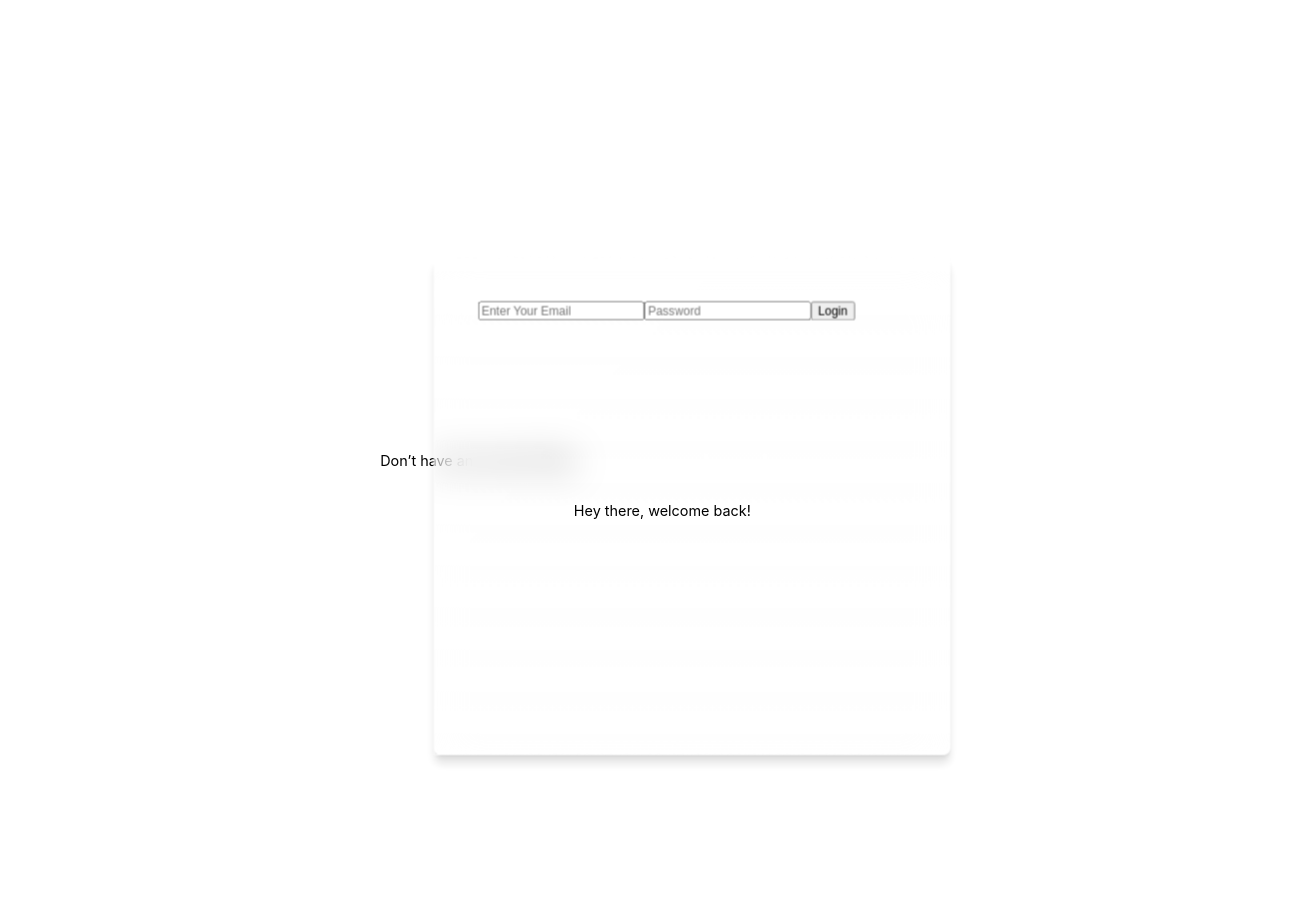
Repository: AfifaNoor/Admin_Panel-React-
Page: /
These files come from the project's save history. The page is drawn as it stood at one moment and after the next save; the edit follows.
The browser window is 1280 px wide. The page is 1440 px wide, so the pictures cover 1440 px, including what lies to the right of the window. The pictures show the whole page, at 90% of full size.
The project was rebuilt for these pictures with package versions that can differ from the ones it lists, and the page was loaded fresh each time. Also part of the build but not shown: src/SignUp.jsx.

Above is the page before, as saved 2025-07-10 14:55:31.

### src/App.js
import React from 'react'
import LoginPage from './LoginPage'
import { RouterProvider } from 'react-router-dom'
import Router from './Router'

const App = () => {
  return (
    <>
      {/* <RouterProvider router={Router}/> */}
      <LoginPage/>
    </>


  )
}

export default App

### src/LoginPage.jsx
import React, { useState } from 'react'
// import {Navigate, useNavigate} from 'react-router-dom';
import "./LoginPage.css"
import { ToastContainer, toast } from 'react-toastify';
import 'react-toastify/dist/ReactToastify.css';

const LoginPage = () => {
    const[email , setEmail]=useState('')
    const [password , setPassword] = useState('')
    // const navigate= useNavigate();

const handleSubmit =(e)=>{
    e.preventDefault();

 const hardcoreMail="login@gmail.com";
 const hardcorePassword = '1234567'

    if (email=== hardcoreMail && password === hardcorePassword){
        alert("Login Successfull")

    }else{
        alert("Invalid Credential")
    }

}



  return (
 <div className="login-container">

      <div className="signup-redirect">
        <p>
          Don’t have an account?{' '}
          {/* <span className="signup-link" onClick={() => navigate('/sign-up')}> */}
            {/* Sign Up */}
          {/* </span> */}
          <span className="signup-link" >
            Sign
          </span>
        </p>
      </div>

      <div className="title">
        <h1>Log In</h1>
        <p>Hey there, welcome back!</p>
      </div>

    <div>



    </div>

      <form className="login-form" onSubmit={handleSubmit}>
        <input
          type="email"
          className="form-input"
          value={email}
          placeholder="Enter Your Email"
          onChange={(e) => setEmail(e.target.value)}
          required
        />

        <input
          type="password"
          className="form-input"
          placeholder="Password"
          value={password}
          onChange={(e) => setPassword(e.target.value)}
          required
        />

        <button className="login-btn" type="submit">
          Login
        </button>

        {/* <ToastContainer /> */}
      </form>
    </div>
  );
}

export default LoginPage

### src/Router.jsx
import React from 'react';
import { createBrowserRouter , createRoutesFromElements , Route } from 'react-router-dom';
import LoginPage from './LoginPage';
import SignUp from './SignUp';

const Router = createBrowserRouter(
  createRoutesFromElements(
    <>

      <Route path='/sign-up' element={<SignUp/>}/>
      <Route path='login-page' element={<LoginPage/>}/>
    </>
  )
)

export default Router;

### src/LoginPage.css
.login-container {
  width: 1440px;
  height: 1024px;
  /* background: #FFFFFF; */
  opacity: 1;
  transform: rotate(0deg);
  display: flex;
  justify-content: center;
  align-items: center;
  background: linear-gradient(to bottom, rgba(255, 255, 255, 1), rgba(255, 255, 255, 1));


}

.login-form{
  width: 476px;
  height: 456px;
  position: absolute;
  top: 284.5px;
  left: 482px;
  border-radius: 8px;
  padding: 48px;
  gap: 10px;
  opacity: 1;

  z-index: 2;

  background: linear-gradient(180deg, rgba(255, 255, 255, 0) -9.58%, rgba(255, 255, 255, 0.052) 100%);
  border: 1px solid transparent;
  border-image-source: linear-gradient(93.78deg, #FFFFFF 8.04%, rgba(255, 255, 255, 0) 100%);
  border-image-slice: 1;


-webkit-backdrop-filter: blur(20px);
backdrop-filter: blur(20px);

box-shadow:
  0px 10px 10px 0px rgba(0, 0, 0, 0.10),
  0px 4px 4px 0px rgba(0, 0, 0, 0.05),
  0px 1px 0px 0px rgba(0, 0, 0, 0.05),
  inset 0px 20px 50px 0px rgba(255, 255, 255, 0.15);




}

.title h1 {
  color: #fff;
  text-align: center;
  margin-bottom: 20px;
  width: 380px;
  height: 40px;
  opacity: 1;
  font-family: 'Inter', sans-serif;


}

.title{
  z-index: 3;
  width: 380px;
  height: 72px;
  opacity: 1;
  gap: 10px;

}

Loaded but not shown: public/index.html (common file); src/index.js (common file); src/index.css (common file); src/reportWebVitals.js (common file)

After the next save:
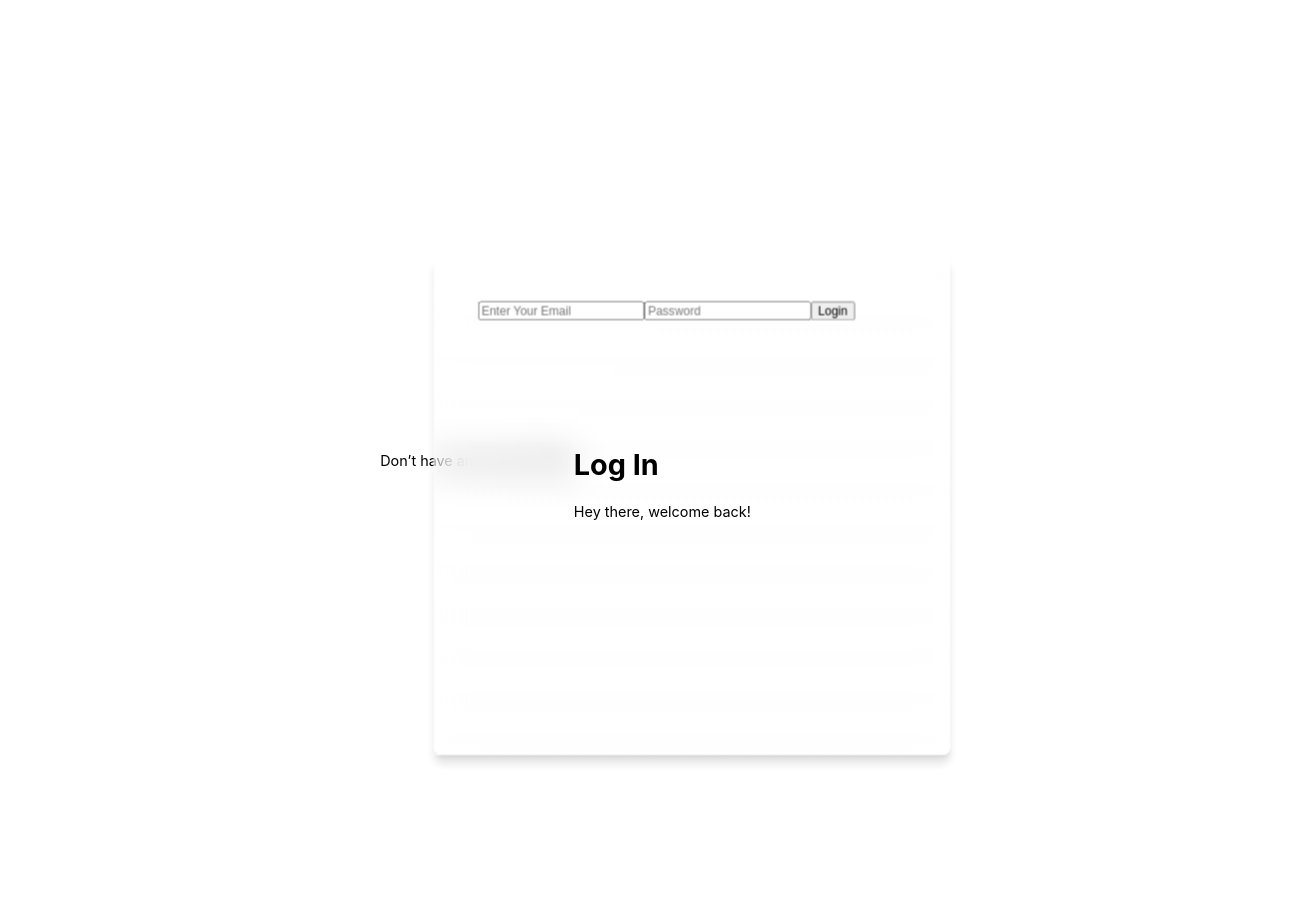
Saved 7 s later.
--- a/src/LoginPage.css
+++ b/src/LoginPage.css
@@ -46,13 +46,7 @@ box-shadow:
 }
 
 .title h1 {
-  color: #fff;
-  text-align: center;
-  margin-bottom: 20px;
-  width: 380px;
-  height: 40px;
-  opacity: 1;
-  font-family: 'Inter', sans-serif;
+
 
 
 }
